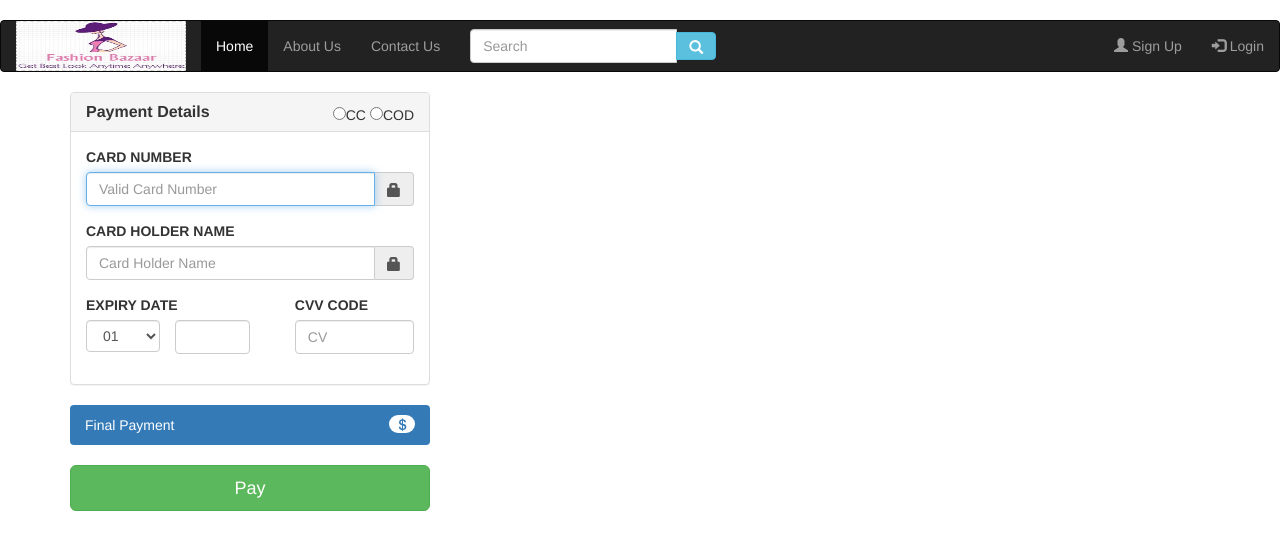
Repository: SmithaMendonca/Project-1
Page: http://localhost/FashionBazarFrontend/WEB-INF/views/Payment.jsp
An editor plug-in stored every save of this project. The page is shown before and after the next save, followed by the edit.
The browser window is 1280 px wide. The pictures show the whole page.
The page is served by Tomcat 9. Nobody is signed in. The template is opened directly, without the code that normally fills it, so the values that code supplies are empty.

Above is the page before, as saved 2019-06-07 09:39:08.

After the next save:
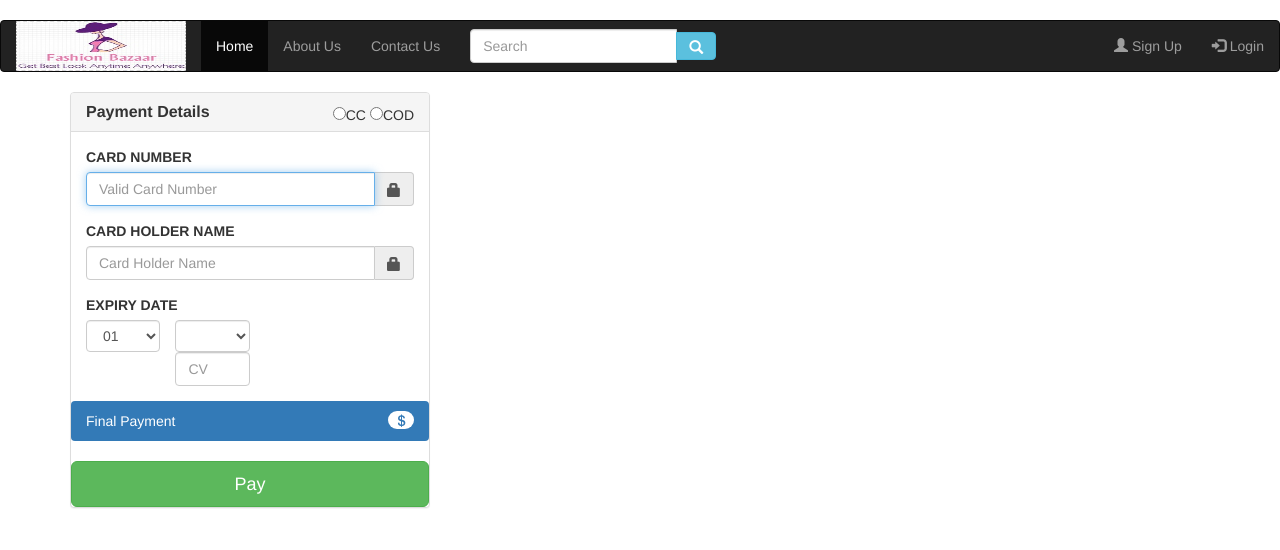
Saved 24 s later.
--- a/FashionBazarFrontend/src/main/webapp/WEB-INF/views/Payment.jsp
+++ b/FashionBazarFrontend/src/main/webapp/WEB-INF/views/Payment.jsp
@@ -68,7 +68,7 @@
                                     </select>
                                 </div>
                                 <div class="col-xs-6 col-lg-6 pl-ziro">
-                                    <input type="text" class="form-control" id="expityYear" size="0" >
+                                    <select class="form-control" id="expityYear" size="0" >
                                 </div>
                             </div>
                         </div>

After the save that followed:
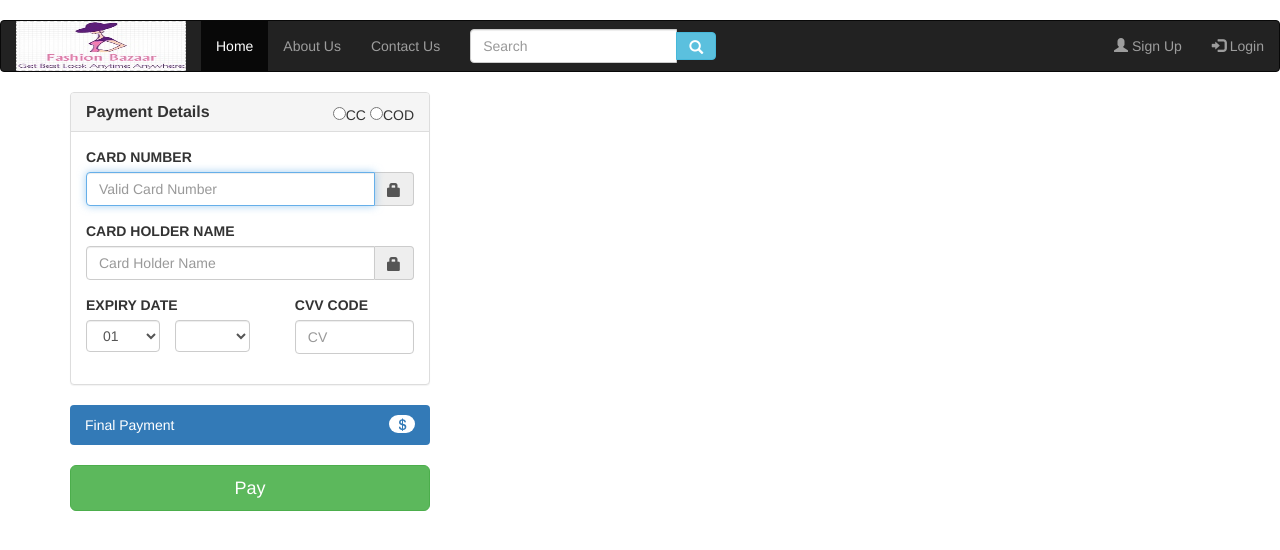
Saved 10 s later.
--- a/FashionBazarFrontend/src/main/webapp/WEB-INF/views/Payment.jsp
+++ b/FashionBazarFrontend/src/main/webapp/WEB-INF/views/Payment.jsp
@@ -69,6 +69,7 @@
                                 </div>
                                 <div class="col-xs-6 col-lg-6 pl-ziro">
                                     <select class="form-control" id="expityYear" size="0" >
+                                    </select>
                                 </div>
                             </div>
                         </div>
